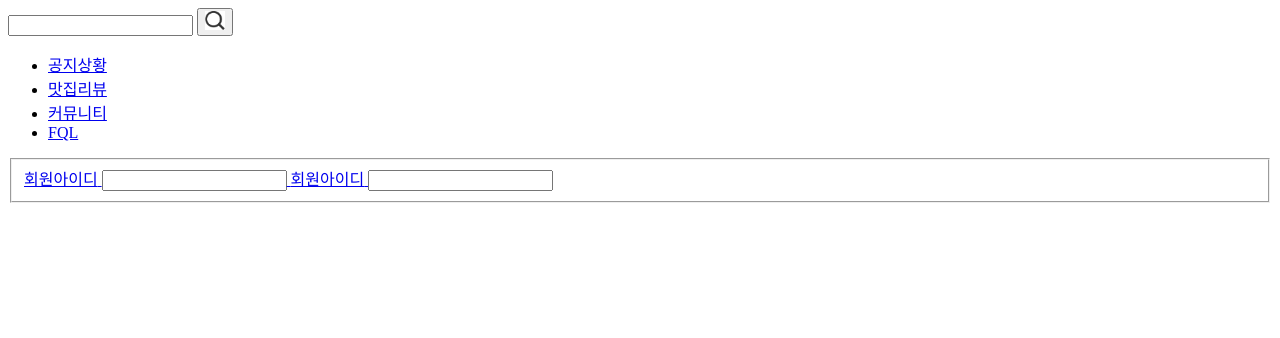
Repository: cally91/VegetLife
Page: http://localhost/VegetLife/
The author's editor kept a copy of each file at every save. The page is drawn from the files as they stood at one save, then again after the next save.
The browser window is 1280 px wide. The pictures show the whole page.
The page is served by Tomcat 9.

Above is the page before, as saved 2019-07-10 03:40:15.

After the next save:
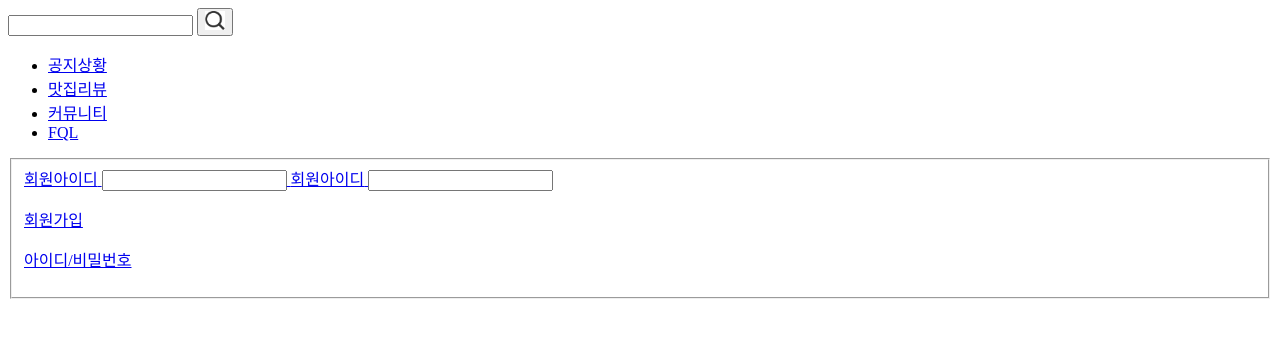
Saved 48 s later.
--- a/VegetLife/src/main/webapp/WEB-INF/views/home.jsp
+++ b/VegetLife/src/main/webapp/WEB-INF/views/home.jsp
@@ -24,6 +24,7 @@
 	<input type="text"name="m_userid"id="m_userid">
 	<label for="m_password">회원아이디</label>
 	<input type="password"name="password"id="password">
+	<p>회원가입</p><p>아이디/비밀번호</p>
 	</fieldset>
 </body>
 </html>
